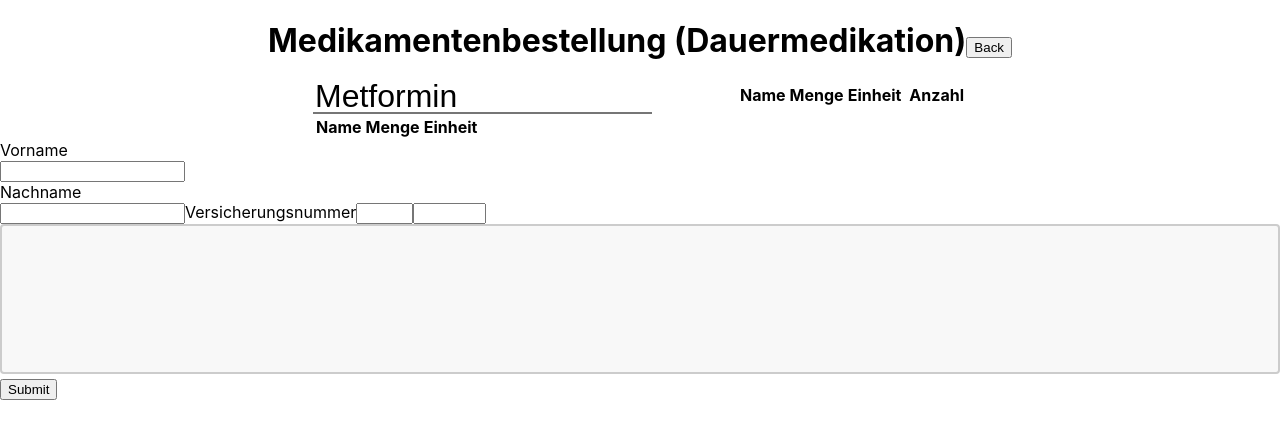
Repository: Esatollah/MedDemo
Page: / (app in client/)
These files come from the project's save history. The page is drawn as it stood at one moment and after the next save; the edit follows.
The browser window is 1280 px wide. The pictures show the whole page.
The page's requests for data from a server got no answer. The project was rebuilt for these pictures with package versions that can differ from the ones it lists, and the page was loaded fresh each time. No one was signed in, and anything a server would have sent is missing. Also part of the build but not shown: client/src/App.css, client/src/Routes/Bestellungen.jsx.

Above is the page before, as saved 2022-06-09 15:39:10.

After the next save:
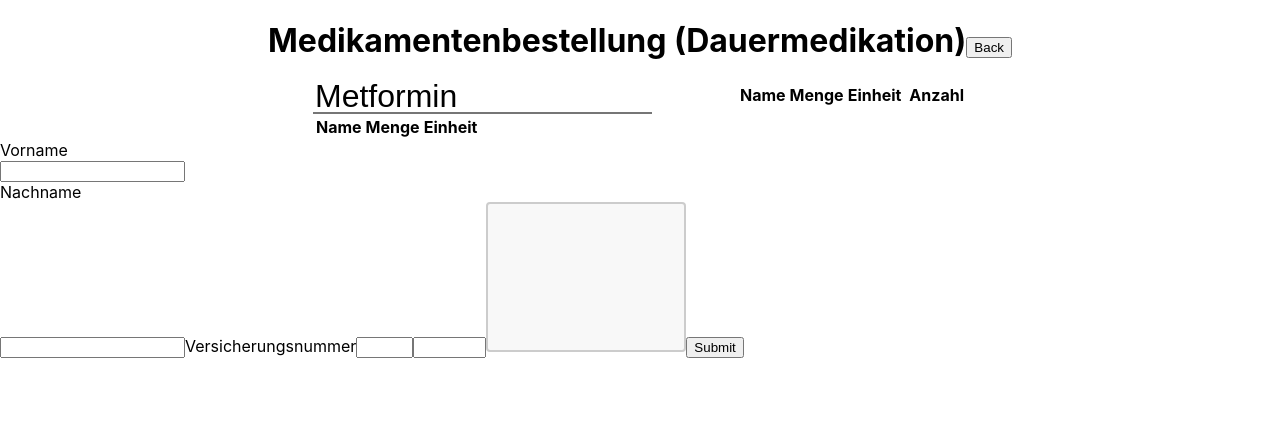
Saved 25 s later.
--- a/client/src/components/Form.css
+++ b/client/src/components/Form.css
@@ -1,5 +1,5 @@
 .textarea {
-    width: 100%;
+    width: 200px;
     height: 150px;
     padding: 12px 20px;
     box-sizing: border-box;
